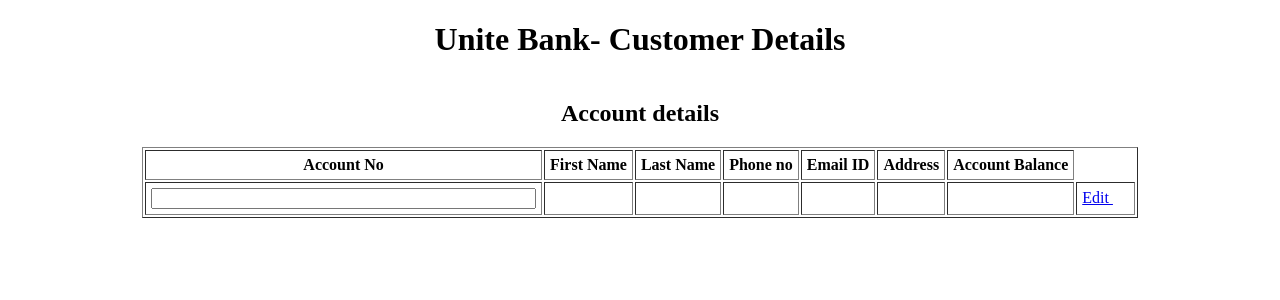
Repository: ameena017/bank-app
Page: http://localhost/banking-app/user.jsp
These files come from the project's save history. The page is drawn as it stood at one moment and after a run of saves; the edit follows.
The browser window is 1280 px wide. The pictures show the whole page.
The page is served by Tomcat 9. Nobody is signed in. The application's start-up code is not run.

Above is the page before, as saved 2017-09-18 14:03:20.

After the next 2 saves:
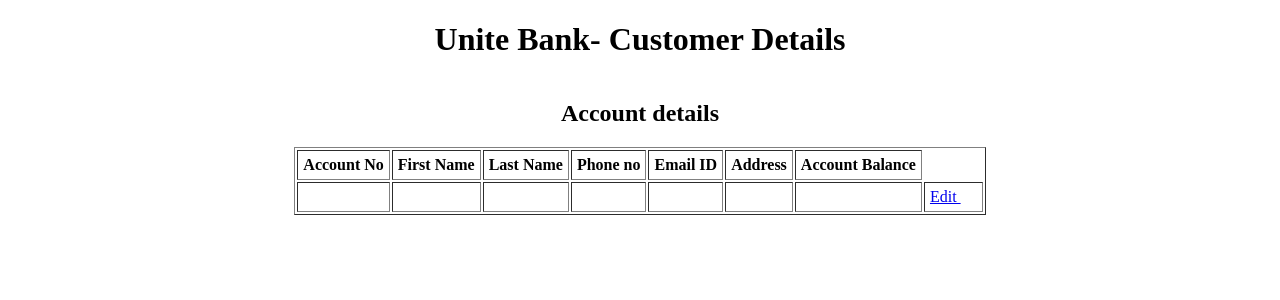
The 2 saves are shown as one change because 1 did not build or start.
The last was saved 4 min 4 s later.
--- a/banking-app/WebContent/user.jsp
+++ b/banking-app/WebContent/user.jsp
@@ -32,10 +32,7 @@
             </tr>
           <%--   <c:forEach var="bank" items="${bank}"> --%>
                 <tr>
-                    <td><input type="text" name="fname" size="45"
-                            value="<c:out value='${bank.fname}' />"
-                            />
-                            </td>
+                    <td><c:out value="${bank.acc_no}"/></td>
                     <td><c:out value="${bank.fname}" /></td>
                     <td><c:out value="${bank.lname}" /></td>
                     <td><c:out value="${bank.phone}" /></td>
